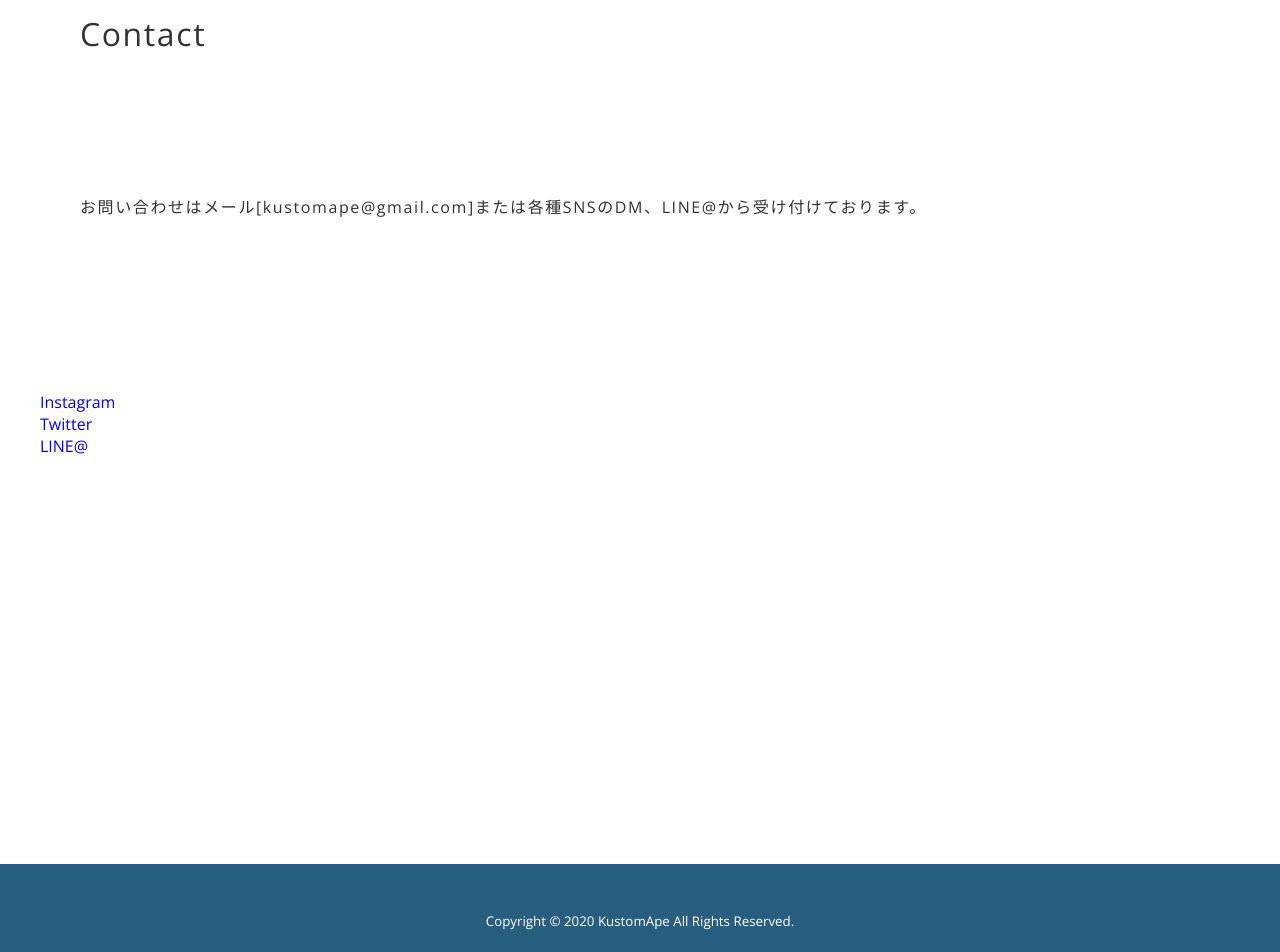
Repository: AirDepot/web
Page: index.html
These files come from the project's save history. The page is drawn as it stood at one moment and after the next save; the edit follows.
The browser window is 1280 px wide. The pictures show the part of the page from y = 4716 to 5668 px (the page is 5692 px tall).
A picture or video elsewhere on the page could not be fetched, so the positions and the page height are approximate.

Above is the page before, as saved 2020-02-12 19:30:19.

After the next save:
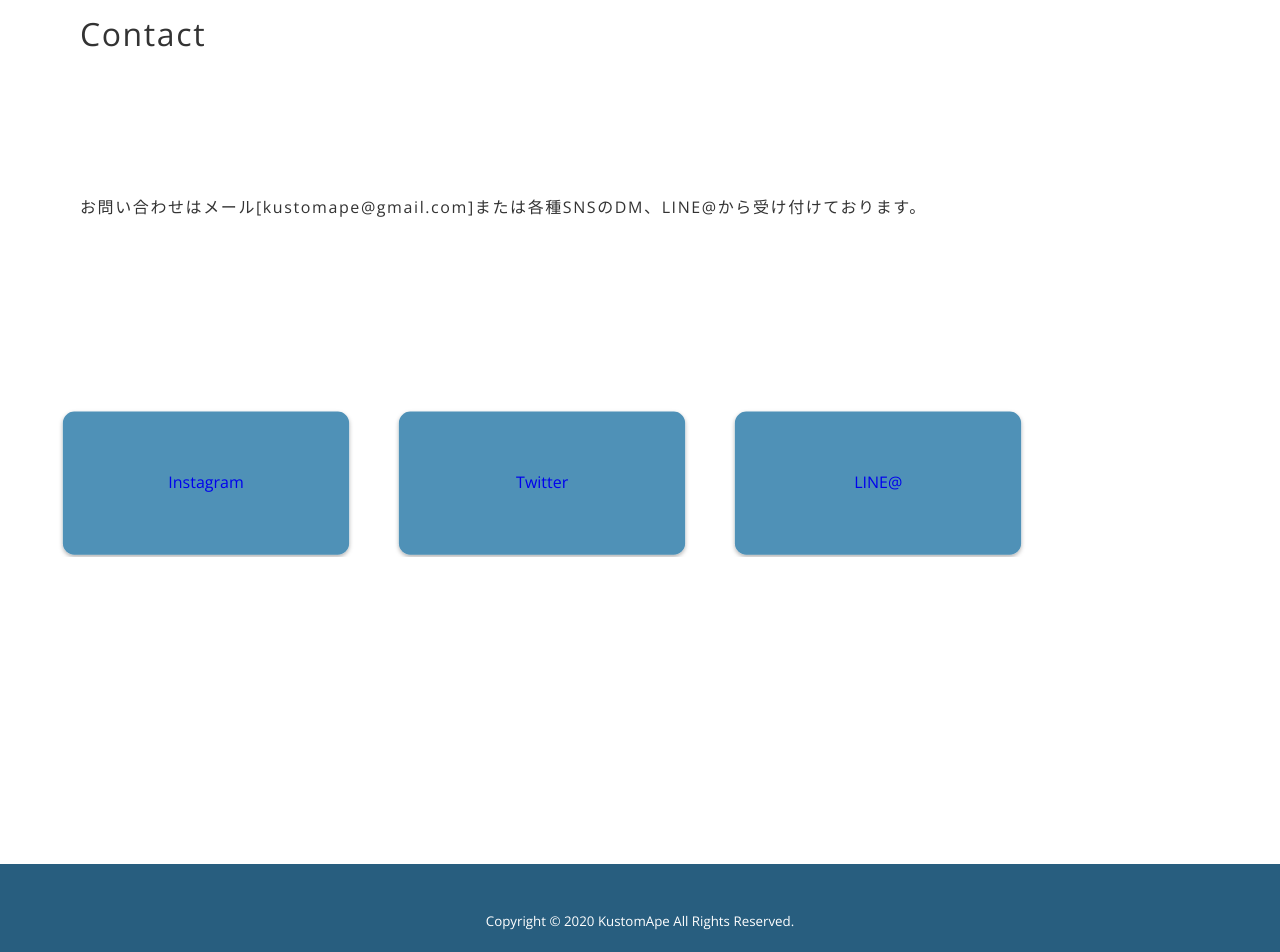
Saved 8 s later.
--- a/index.html
+++ b/index.html
@@ -67,9 +67,9 @@
                 <h3 class="section_titles">Contact</h3>
                 <p id="kustomape_contact">お問い合わせはメール[kustomape@gmail.com]または各種SNSのDM、LINE@から受け付けております。</p>
                 <section class="box_master">
-                    <p class="btn"><a target="_blank" class="btn_item" href="https://instagram.com/kustomape">Instagram</a></p>
-                    <p class="btn"><a target="_blank" class="btn_item" href="https://twitter.com/kustomape">Twitter</a></p>
-                    <p class="btn"><a target="_blank" class="btn_item" href="https://lin.ee/jkdIlGU">LINE@</a></p>
+                    <p class="box"><a target="_blank" class="btn_item" href="https://instagram.com/kustomape">Instagram</a></p>
+                    <p class="box"><a target="_blank" class="btn_item" href="https://twitter.com/kustomape">Twitter</a></p>
+                    <p class="box"><a target="_blank" class="btn_item" href="https://lin.ee/jkdIlGU">LINE@</a></p>
                 </section>
             </div>
             <footer id="footer">

After the 2 saves that followed:
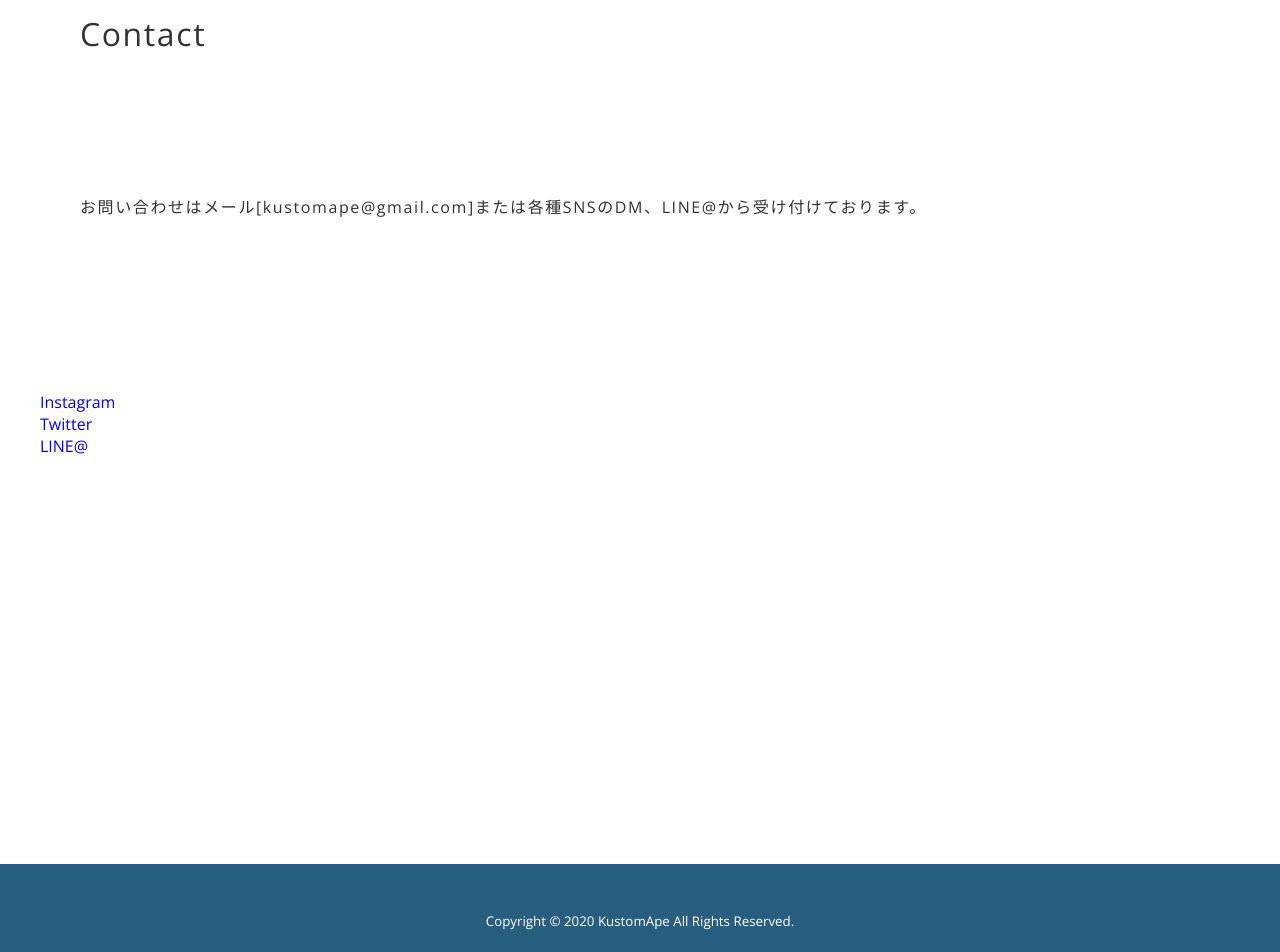
The 2 saves are shown as one change because they came seconds apart.
The last was saved 16 s later.
--- a/index.html
+++ b/index.html
@@ -67,9 +67,9 @@
                 <h3 class="section_titles">Contact</h3>
                 <p id="kustomape_contact">お問い合わせはメール[kustomape@gmail.com]または各種SNSのDM、LINE@から受け付けております。</p>
                 <section class="box_master">
-                    <p class="box"><a target="_blank" class="btn_item" href="https://instagram.com/kustomape">Instagram</a></p>
-                    <p class="box"><a target="_blank" class="btn_item" href="https://twitter.com/kustomape">Twitter</a></p>
-                    <p class="box"><a target="_blank" class="btn_item" href="https://lin.ee/jkdIlGU">LINE@</a></p>
+                    <p class="box_bk"><a target="_blank" class="btn_item" href="https://instagram.com/kustomape">Instagram</a></p>
+                    <p class="box_bk"><a target="_blank" class="btn_item" href="https://twitter.com/kustomape">Twitter</a></p>
+                    <p class="box_bk"><a target="_blank" class="btn_item" href="https://lin.ee/jkdIlGU">LINE@</a></p>
                 </section>
             </div>
             <footer id="footer">
